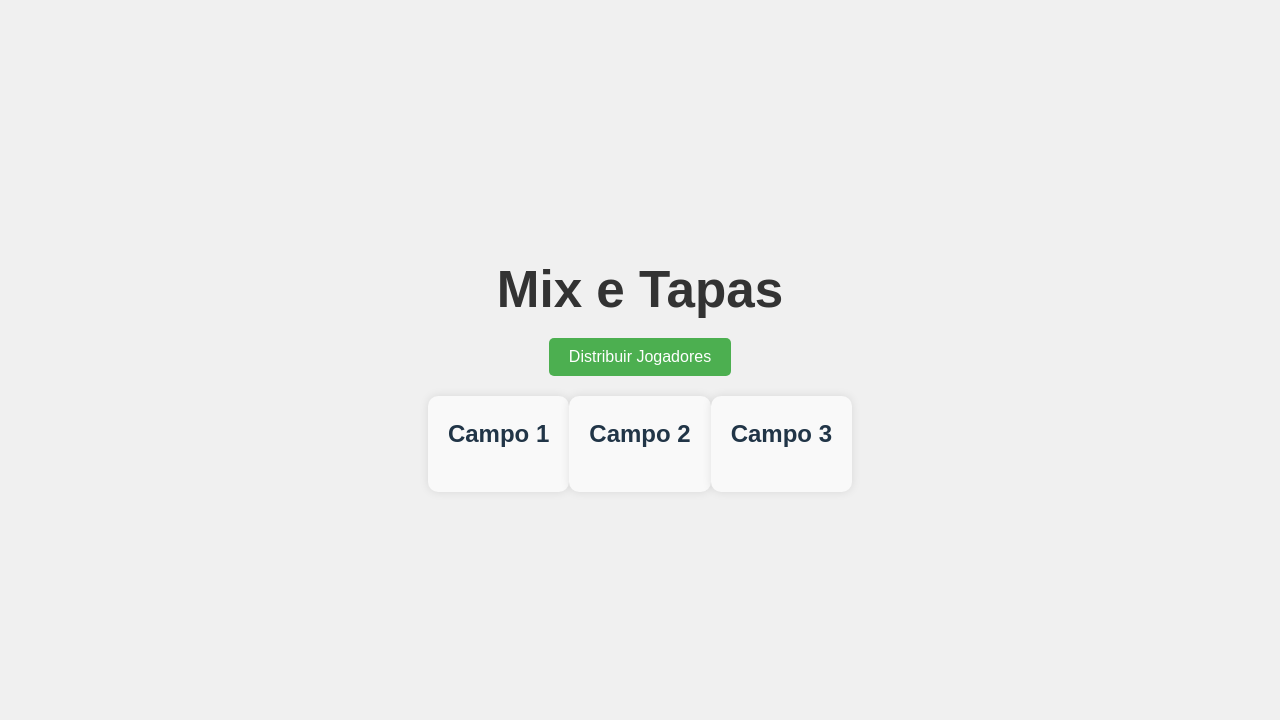
Repository: MarcioMiguel22/PadelMaster
Page: /calculadora
An editor plug-in stored every save of this project. The page is shown before and after the next save, followed by the edit.
The browser window is 1280 px wide. The pictures show the whole page.
The project was rebuilt for these pictures with package versions that can differ from the ones it lists, and the page was loaded fresh each time. Also part of the build but not shown: vite.config.ts, src/pages/Home/Home.tsx.

Above is the page before, as saved 2024-06-13 11:29:39.

After the next save:
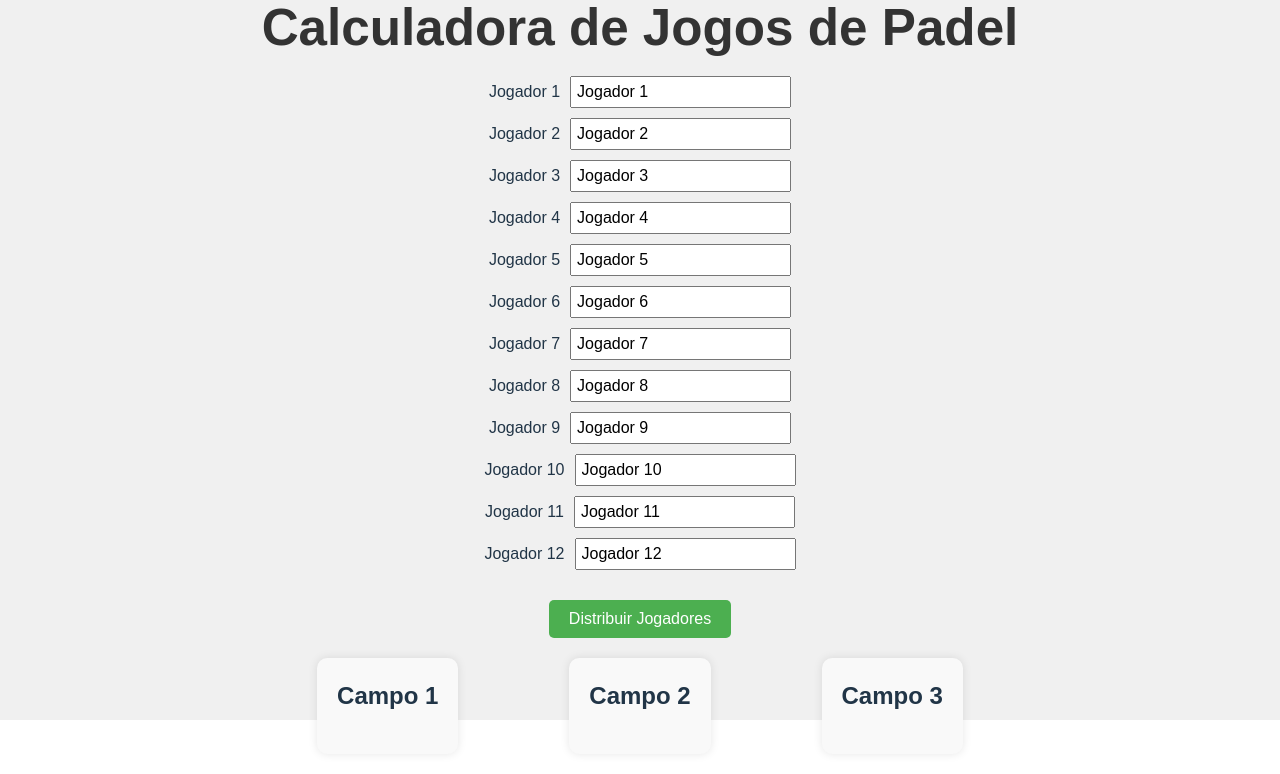
Saved 2 s later.
--- a/src/pages/Services/Calculadora.tsx
+++ b/src/pages/Services/Calculadora.tsx
@@ -38,14 +38,21 @@ const criarTimes = (jogadores: Jogador[]): Time[] => {
 };
 
 const CalculadoraApp: React.FC = () => {
+  const [jogadores, setJogadores] = useState<Jogador[]>(jogadoresIniciais);
   const [campos, setCampos] = useState<Campo[]>([
     { id: 1, times: [] },
     { id: 2, times: [] },
     { id: 3, times: [] },
   ]);
 
+  const handleNomeChange = (id: number, novoNome: string) => {
+    setJogadores(jogadores.map(jogador =>
+      jogador.id === id ? { ...jogador, nome: novoNome } : jogador
+    ));
+  };
+
   const distribuirJogadores = () => {
-    const times = criarTimes(jogadoresIniciais);
+    const times = criarTimes(jogadores);
     const novosCampos: Campo[] = campos.map((campo, index) => ({
       ...campo,
       times: times.slice(index * 2, index * 2 + 2),
@@ -55,7 +62,19 @@ const CalculadoraApp: React.FC = () => {
 
   return (
     <div className="calculadora-container">
-      <h1> Mix e Tapas</h1>
+      <h1>Calculadora de Jogos de Padel</h1>
+      <div className="jogadores-lista">
+        {jogadores.map(jogador => (
+          <div key={jogador.id} className="jogador-item">
+            <label>{`Jogador ${jogador.id}`}</label>
+            <input
+              type="text"
+              value={jogador.nome}
+              onChange={(e) => handleNomeChange(jogador.id, e.target.value)}
+            />
+          </div>
+        ))}
+      </div>
       <button onClick={distribuirJogadores} className="distribute-button">Distribuir Jogadores</button>
       <div className="fields-container">
         {campos.map(campo => (
